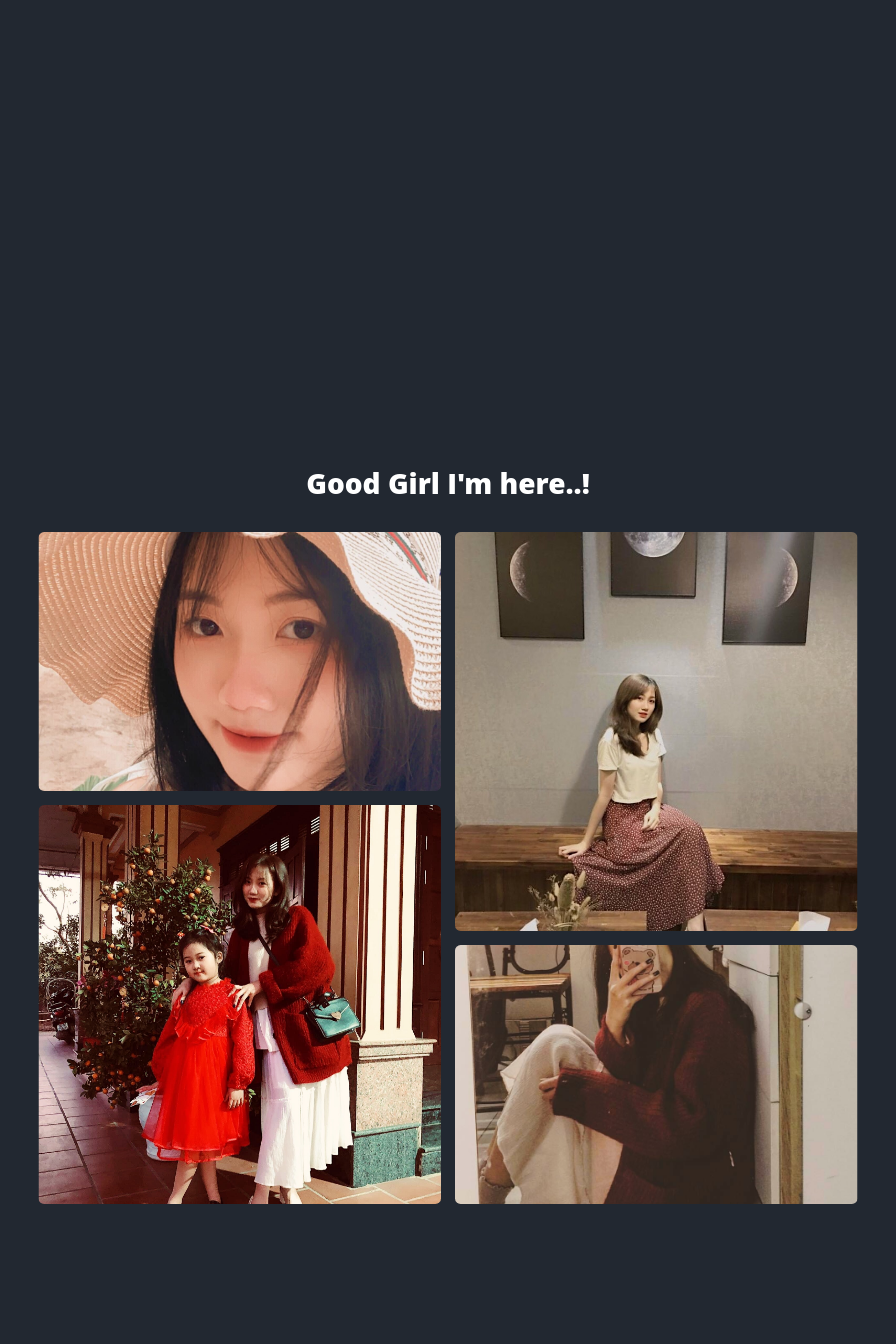
Repository: Datt21/p-happyB
Page: index.html
The author's editor kept a copy of each file at every save. The page is drawn from the files as they stood at one save, then again after the next save.
The browser window is 1280 px wide. The pictures show the part of the page from y = 970 to 2890 px (the page is 2890 px tall), at 70% of full size.
Some icons come from a web library that is not loaded, so they are not drawn.

Above is the page before, as saved 2021-08-31 05:34:05.

After the next save:
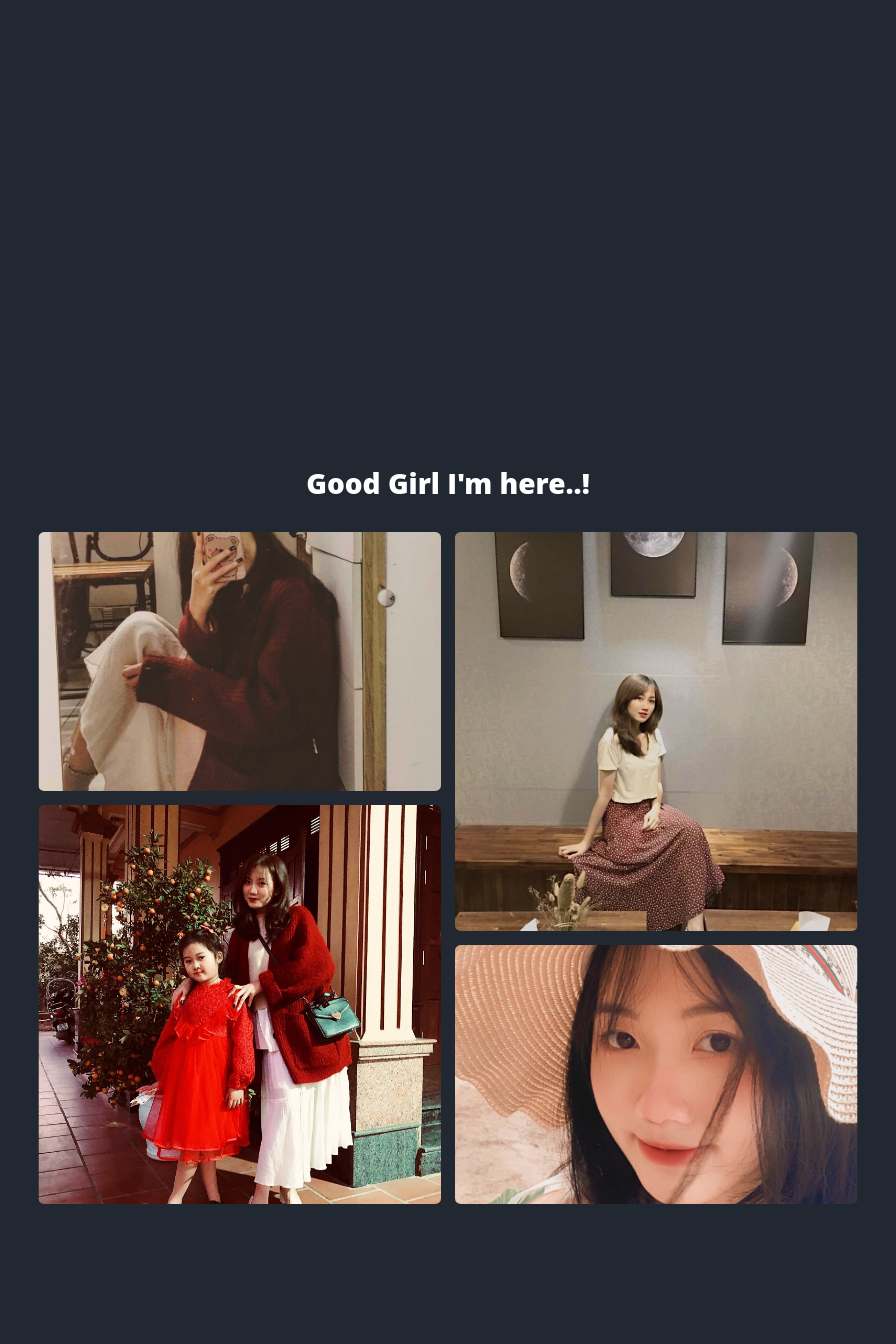
Saved 22 s later.
--- a/index.html
+++ b/index.html
@@ -40,7 +40,7 @@
                 </div>
                 <div class="about-list">
                     <div class="about-item">
-                        <img src="./images/img1.jpg" alt="">
+                        <img src="./images/img4.jpg" alt="">
                     </div>
                     <div class="about-item">
                         <img src="./images/img2.jpg" alt="">
@@ -49,7 +49,7 @@
                         <img src="./images/img3.jpg" alt="">
                     </div>
                     <div class="about-item">
-                        <img src="./images/img4.jpg" alt="">
+                        <img src="./images/img1.jpg" alt="">
                     </div>
                 </div>
             </div>
